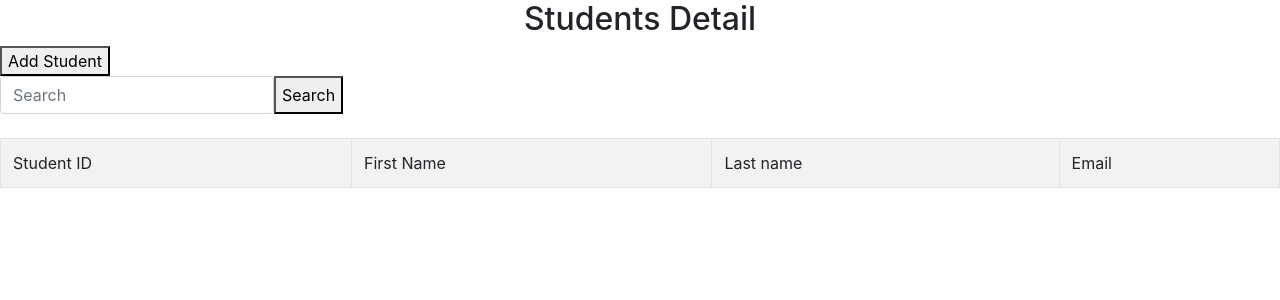
Repository: manvendra-24/jsp-servlets
Page: http://localhost/12-student-mvc-db/StudentController
These files come from the project's save history. The page is drawn as it stood at one moment and after the next save; the edit follows.
The browser window is 1280 px wide. The pictures show the whole page.
The page is served by Tomcat 9. Other server files are loaded and not shown. Queries for data that is not in the repository find no rows.

Above is the page before, as saved 2024-07-18 18:00:01.

### 12-student-mvc-db/WebContent/view-students.jsp
<%@ page language="java" contentType="text/html; charset=UTF-8"
	pageEncoding="UTF-8"%>
<%@ taglib uri="http://java.sun.com/jsp/jstl/core" prefix="c"%>
<%@ taglib uri="http://java.sun.com/jsp/jstl/functions" prefix="fn"%>
<!DOCTYPE html>
<html>
<head>
<meta charset="UTF-8">
<title>Students from DB</title>
<link
	href="https://maxcdn.bootstrapcdn.com/bootstrap/4.0.0/css/bootstrap.min.css"
	rel="stylesheet">
</head>
<body>
	<div class="text-center h2">Students Detail</div>

	<a href="add-student.jsp">
		<button class="btn-btn-primary">Add Student</button>
	</a>
	<form class="input-group" action="StudentController" method="get">
		<input type="hidden" name="command" value="search"/>
		<div class="form-outline">
			<input type="search" id="input" name="input" class="form-control" placeholder="Search"/>
		</div>
		<button type="submit" value="submit">
			Search
		</button>
	</form>
	<table border="1" class="table table-striped table-bordered mt-4">
		<tr>
			<td>Student ID</td>
			<td>First Name</td>
			<td>Last name</td>
			<td>Email</td>
		</tr>
		<c:forEach var="student" items="${theStudentList}">
			<tr>
				<td>${student.id}</td>
				<td>${student.firstName}</td>
				<td>${student.lastName }</td>
				<td>${student.email}</td>
				<td><a href="StudentController?command=load&id=${student.id}"
					class=btn-btn-primary>Update</a></td>
				<td><a href="StudentController?command=delete&id=${student.id}"
					class=btn-btn-primary>Delete</a></td>
			</tr>
		</c:forEach>
	</table>
</body>
</html>

### 12-student-mvc-db/src/com/techlabs/controller/StudentController.java
package com.techlabs.controller;

import java.io.IOException;
import java.util.ArrayList;
import java.util.List;

import javax.annotation.Resource;
import javax.servlet.RequestDispatcher;
import javax.servlet.ServletException;
import javax.servlet.annotation.WebServlet;
import javax.servlet.http.HttpServlet;
import javax.servlet.http.HttpServletRequest;
import javax.servlet.http.HttpServletResponse;
import javax.sql.DataSource;

import com.techlabs.dao.StudentDBUtil;
import com.techlabs.entity.Student;

@WebServlet("/StudentController")
public class StudentController extends HttpServlet {
	private static final long serialVersionUID = 1L;

	private StudentDBUtil studentDbUtil;

	@Resource(name="jdbc/students")
	private DataSource dataSource;

	@Override
	public void init() throws ServletException{
		super.init();
		studentDbUtil = new StudentDBUtil(dataSource);
	}

	public StudentController() {
		super();
	}

	protected void doGet(HttpServletRequest request, HttpServletResponse response) throws ServletException, IOException {

		String command;
		command = request.getParameter("command");

		if(command == null) {
			command = "list";
		}

		System.out.println(command);
		switch(command) {
			case "add":
				addStudent(request, response);
				break;
			case "delete":
				deleteStudent(request, response);
				break;
			case "load":
				loadStudent(request, response);
				break;
			case "update":
				updateStudent(request, response);
				break;
			case "search":
				System.out.println("In search case");
				searchStudent(request, response);
				break;
			default:
				listStudents(request, response);
		}

	}

	private void searchStudent(HttpServletRequest request, HttpServletResponse response) {
		String input = request.getParameter("input");
		String type = request.getParameter("type");
		List<Student> studentList = new ArrayList<Student>();;
		switch(type){
		case "id":
			int id = Integer.parseInt(input);
			Student student = studentDbUtil.getStudent(id);
			studentList.add(student);
			break;
		case "First Name":
		case "Last Name":
		case "Email":
		default:
			studentList = studentDbUtil.searchStudents(input);
		}
		request.setAttribute("theStudentList", studentList);
		RequestDispatcher requestDispatcher = request.getRequestDispatcher("search-student.jsp");
		try {
			requestDispatcher.forward(request, response);
		} catch (ServletException e) {
			e.printStackTrace();
		} catch (IOException e) {
			e.printStackTrace();
		}

	}

	private void listStudents(HttpServletRequest request, HttpServletResponse response) throws ServletException, IOException{
		List<Student> studentList = studentDbUtil.getStudents();
		for(Student student: studentList) {
			System.out.println(student.getId() + " " + student.getFirstName() + " " + student.getLastName() + " " + student.getEmail());
		}
		request.setAttribute("theStudentList", studentList);
		RequestDispatcher requestDispatcher = request.getRequestDispatcher("view-students.jsp");
		requestDispatcher.forward(request, response);
	}

	private void addStudent(HttpServletRequest request, HttpServletResponse response) throws ServletException, IOException {
		String firstName = request.getParameter("first_name");
		String lastName = request.getParameter("last_name");
		String email = request.getParameter("email");

		Student student = new Student(firstName, lastName, email);

		boolean isAdded = studentDbUtil.addStudent(student);
		System.out.println(isAdded);

		response.sendRedirect(request.getContextPath() + "/StudentController");

	}


	private void deleteStudent(HttpServletRequest request, HttpServletResponse response) throws ServletException, IOException {
		int id = Integer.parseInt(request.getParameter("id"));
		boolean isDeleted = studentDbUtil.deleteStudent(id);
		System.out.println(isDeleted);

		response.sendRedirect(request.getContextPath() + "/StudentController");
	}


	public void loadStudent(HttpServletRequest request, HttpServletResponse response) throws ServletException, IOException {
		int id = Integer.parseInt(request.getParameter("id"));
		Student student = studentDbUtil.getStudent(id);
		System.out.println(student);

		request.setAttribute("theStudent", student);
		RequestDispatcher requestDispatcher = request.getRequestDispatcher("update-student.jsp");
		requestDispatcher.forward(request, response);

	}

	public void updateStudent(HttpServletRequest request, HttpServletResponse response) throws ServletException, IOException{
		int id = Integer.parseInt(request.getParameter("id"));
		String firstName = request.getParameter("first_name");
		String lastName = request.getParameter("last_name");
		String email = request.getParameter("email");

		Student student = new Student(id, firstName, lastName, email);
		boolean isUpdated = studentDbUtil.updateStudent(student);
		System.out.println(isUpdated);
		response.sendRedirect(request.getContextPath() + "/StudentController");

	}
	protected void doPost(HttpServletRequest request, HttpServletResponse response) throws ServletException, IOException {
		doGet(request,response);
	}

}

After the next save:
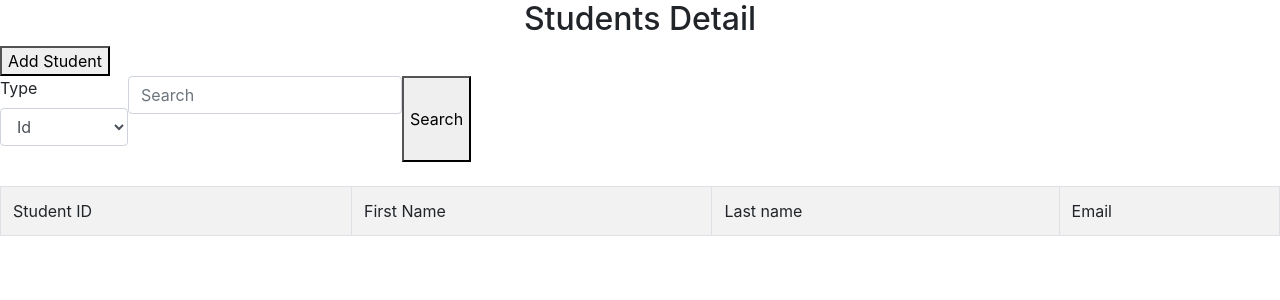
Saved 4 min 23 s later.
--- a/12-student-mvc-db/WebContent/view-students.jsp
+++ b/12-student-mvc-db/WebContent/view-students.jsp
@@ -18,13 +18,21 @@
 		<button class="btn-btn-primary">Add Student</button>
 	</a>
 	<form class="input-group" action="StudentController" method="get">
-		<input type="hidden" name="command" value="search"/>
+		<input type="hidden" name="command" value="search" />
+		<div class="form-group">
+			<label for="type">Type</label>
+			<select class="form-control" id="type" name="type">
+				<option value="Id">Id</option>
+				<option value="First Name">First Name</option>
+				<option value="Last Name">Last Name</option>
+				<option value="Email">Email</option>
+			</select>
+		</div>
 		<div class="form-outline">
-			<input type="search" id="input" name="input" class="form-control" placeholder="Search"/>
+			<input type="search" id="input" name="input" class="form-control"
+				placeholder="Search" />
 		</div>
-		<button type="submit" value="submit">
-			Search
-		</button>
+		<button type="submit" value="submit">Search</button>
 	</form>
 	<table border="1" class="table table-striped table-bordered mt-4">
 		<tr>
